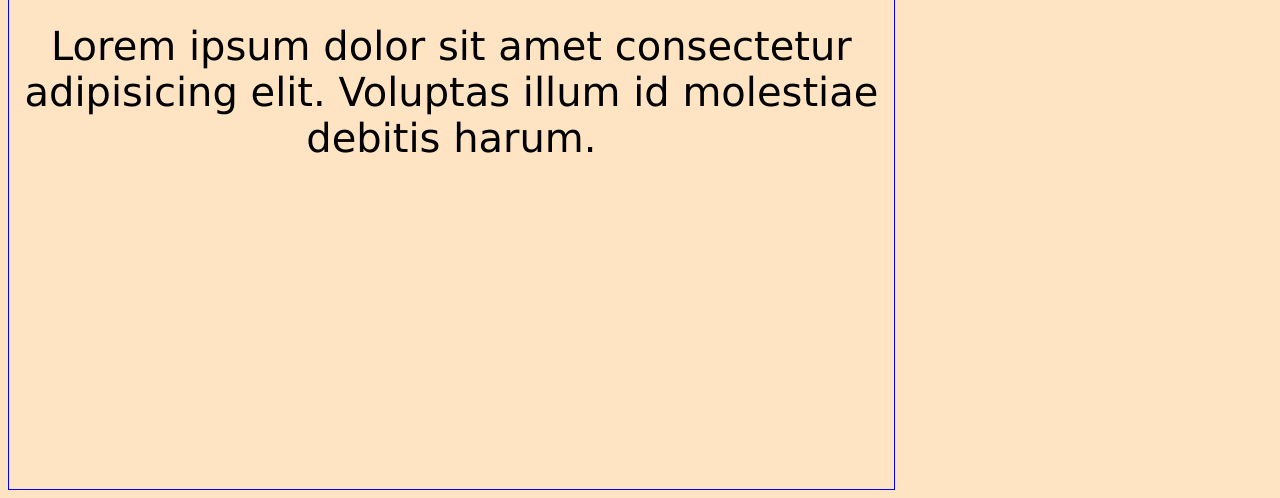
Repository: TheTroyPhillips/Personal-website
Page: about.html
The author's editor kept a copy of each file at every save. The page is drawn from the files as they stood at one save, then again after a run of saves.
The browser window is 1280 px wide. The pictures show the part of the page from y = 1212 to 2164 px (the page is 1710 px tall before and 2164 px after).
A picture or video elsewhere on the page could not be fetched, so the positions and the page height are approximate.

Above is the page before, as saved 2023-09-10 23:05:16.

After the next 3 saves:
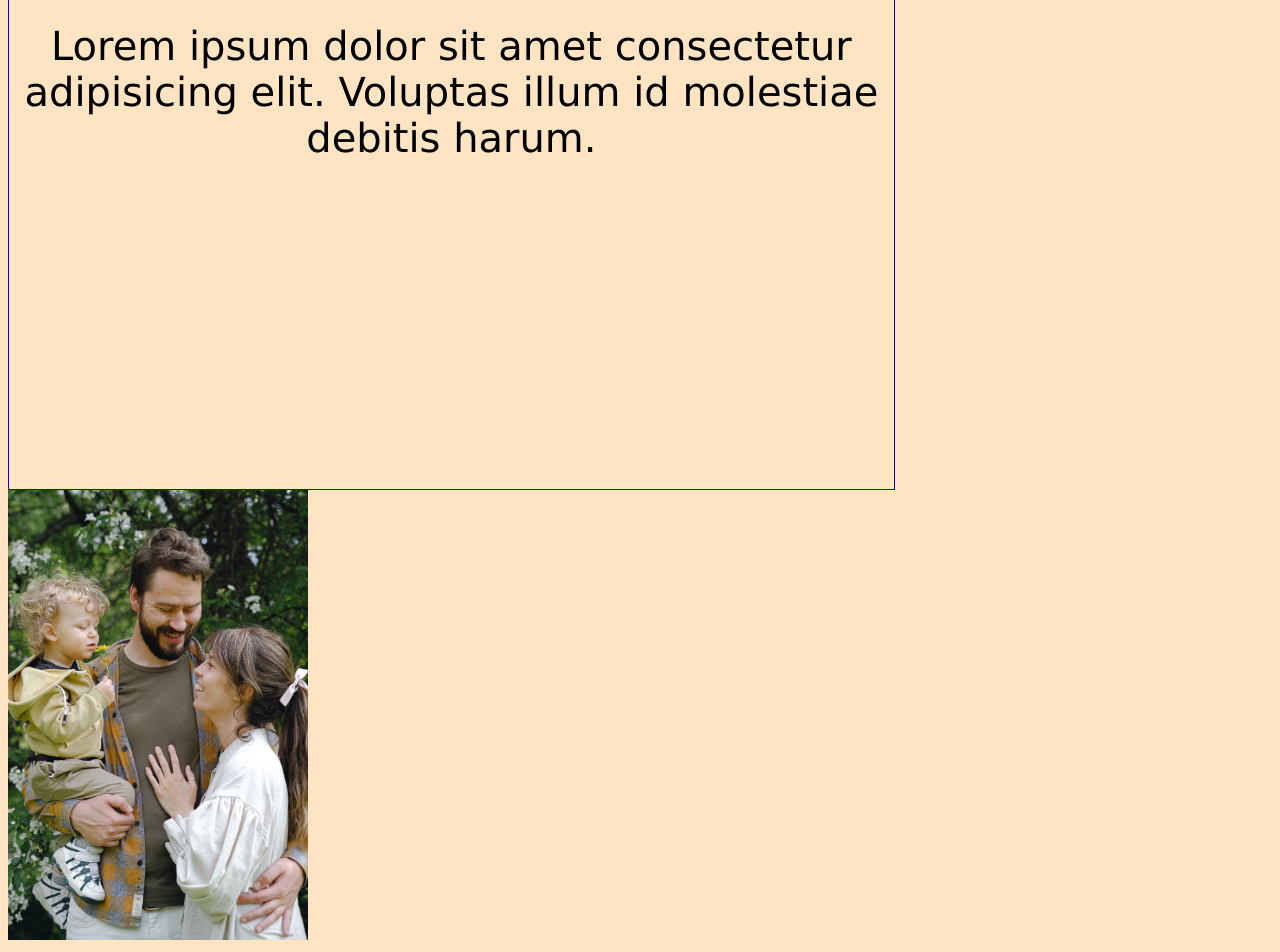
The 3 saves are shown as one change because they came seconds apart.
The last was saved 74 s later.
--- a/about.html
+++ b/about.html
@@ -36,5 +36,6 @@
                      Voluptas illum id molestiae debitis harum.</p>
             </section>
          </div>
+         <img src="pexels-anna-shvets-4586683.jpg" alt="" srcset="">
 </body>
 </html>
